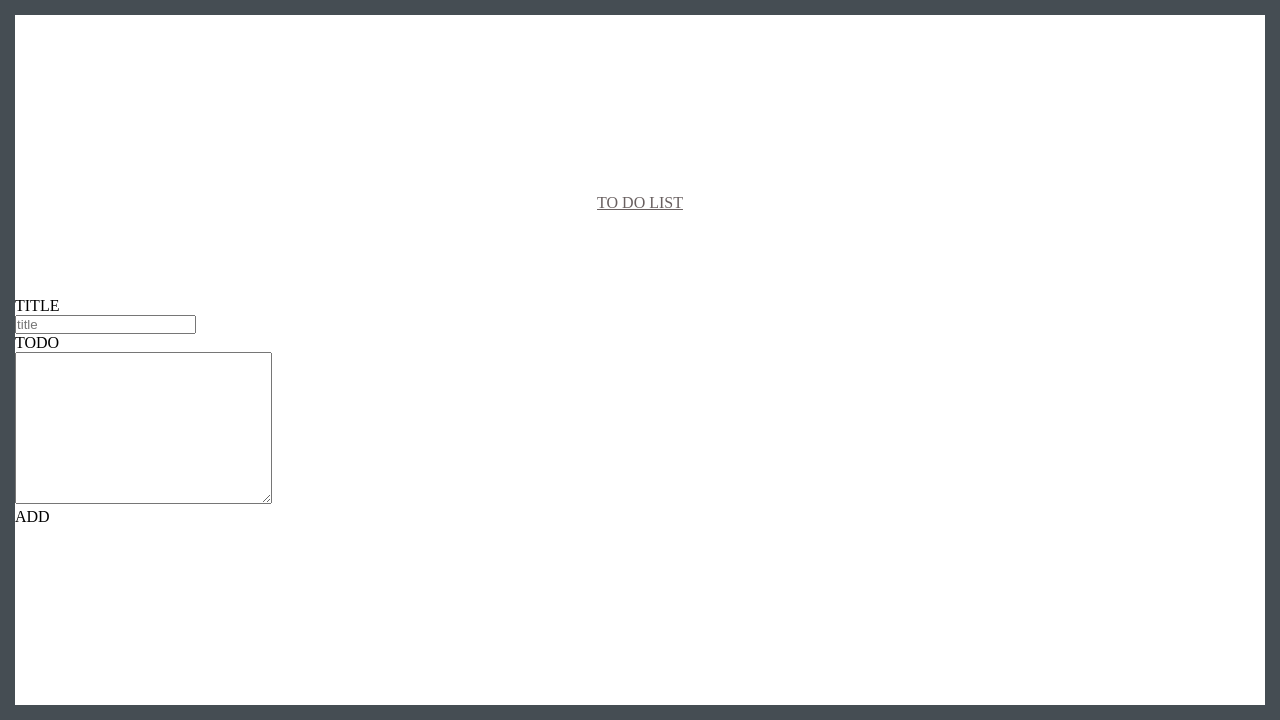
Repository: NagataRyuji0630/shinjin-otameshi
Page: todo_white_board.html
The author's editor kept a copy of each file at every save. The page is drawn from the files as they stood at one save, then again after the next save.
The browser window is 1280 px wide. The pictures show the whole page.

Above is the page before, as saved 2020-06-11 22:28:06.
Not found: todoWhiteBoard.js

### todo_white_board.html
<!DOCTYPE html>
<html lang="ja">

<head>
    <meta charset="UTF-8">
    <meta name="viewport" content="width=device-width, initial-scale=1.0">
    <meta http-equiv="X-UA-Compatible" content="ie=edge">
    <link rel="stylesheet" href="./todo_white_board.css">
    <script src="./constants.js"></script>
    <script src="./domAction.js"></script>
    <script src="./todoWhiteBoard.js"></script>
    <title>Todo White Board</title>
</head>

<body>
    <div class="white_board">

        <div id="board_title_container">
            <div id="board_title">TO DO LIST</div>
        </div>

        <div id="form_container">

            <div class="input_container">
                <div class="input_title">TITLE</div>
                <input id="todo_title" type="text" placeholder="title" />
            </div>

            <div class="input_container">
                <div class="input_title">TODO</div>
                <textarea id="todo_detail" cols="30" rows="10"></textarea>
            </div>

            <div id="btn_container">
                <div class="red_btn btn">
                    <div class="btn_text">ADD</div>
                </div>
            </div>
        </div>

        <div id="todo_list_container"></div>
    </div>
</body>

</html>

### todo_white_board.css
* {
    margin: 0px;
    padding: 0px;
    box-sizing: border-box;
}

body, html {
    width: 100%;
    height: 100%;
    font-size: 16px;
    overflow-x: hidden;
}

.white_board {
    width: 100%;
    height: 100%;
    border: 15px solid #454D53;
    display: flex;
    justify-content: center;
    flex-direction: column;
}

#board_title_container {
    width: auto;
    height: 15%;
    justify-content: center;
    align-items: center;
}

#board_title {
    text-align: center;
    text-decoration: underline;
    font: Bold 50px;
    letter-spacing: 0px;
    color: #696060;
}

Loaded but not shown: constants.js (no stored copy; drawn as an empty file); domAction.js (no stored copy; drawn as an empty file)

After the next save:
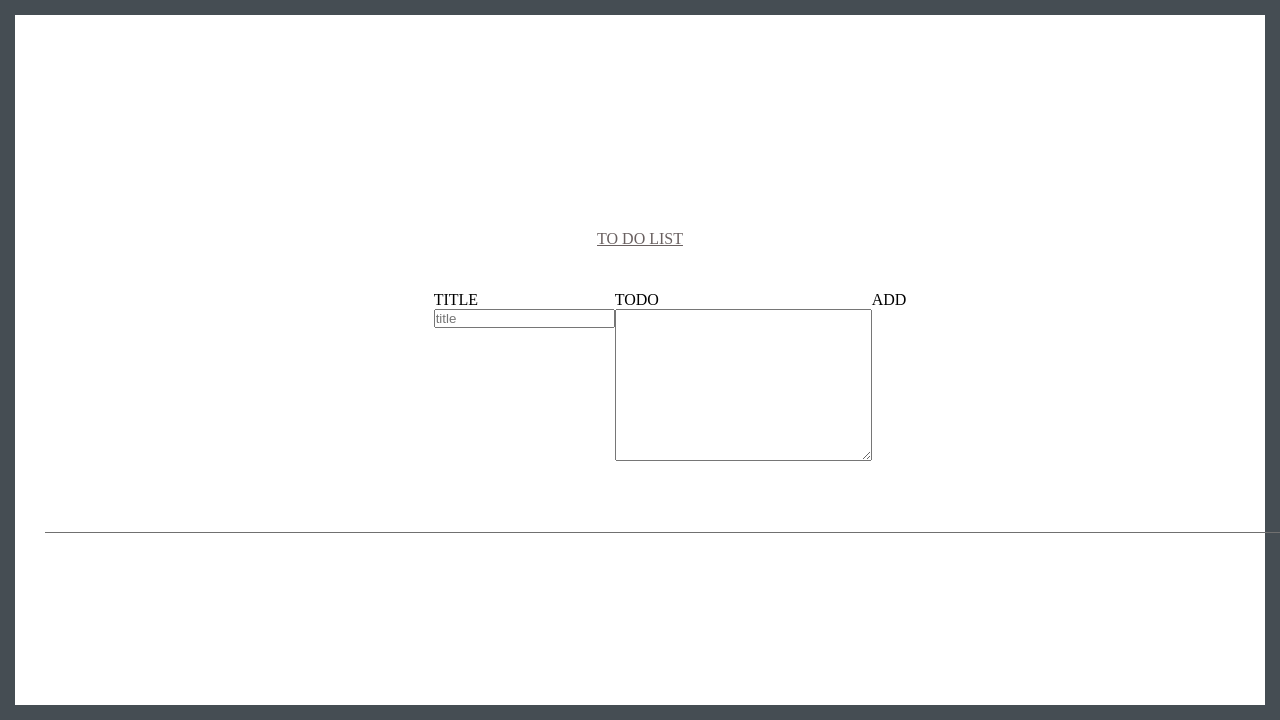
Saved 3 min 25 s later.
--- a/todo_white_board.css
+++ b/todo_white_board.css
@@ -23,6 +23,7 @@
 #board_title_container {
     width: auto;
     height: 15%;
+    display: flex;
     justify-content: center;
     align-items: center;
 }
@@ -34,3 +35,12 @@
     letter-spacing: 0px;
     color: #696060;
 }
+
+#form_container {
+    width: 100%;
+    height: 35%;
+    border-bottom: 1px solid #707070;
+    display: flex;
+    justify-content: center;
+    margin-left: 30px;
+}
